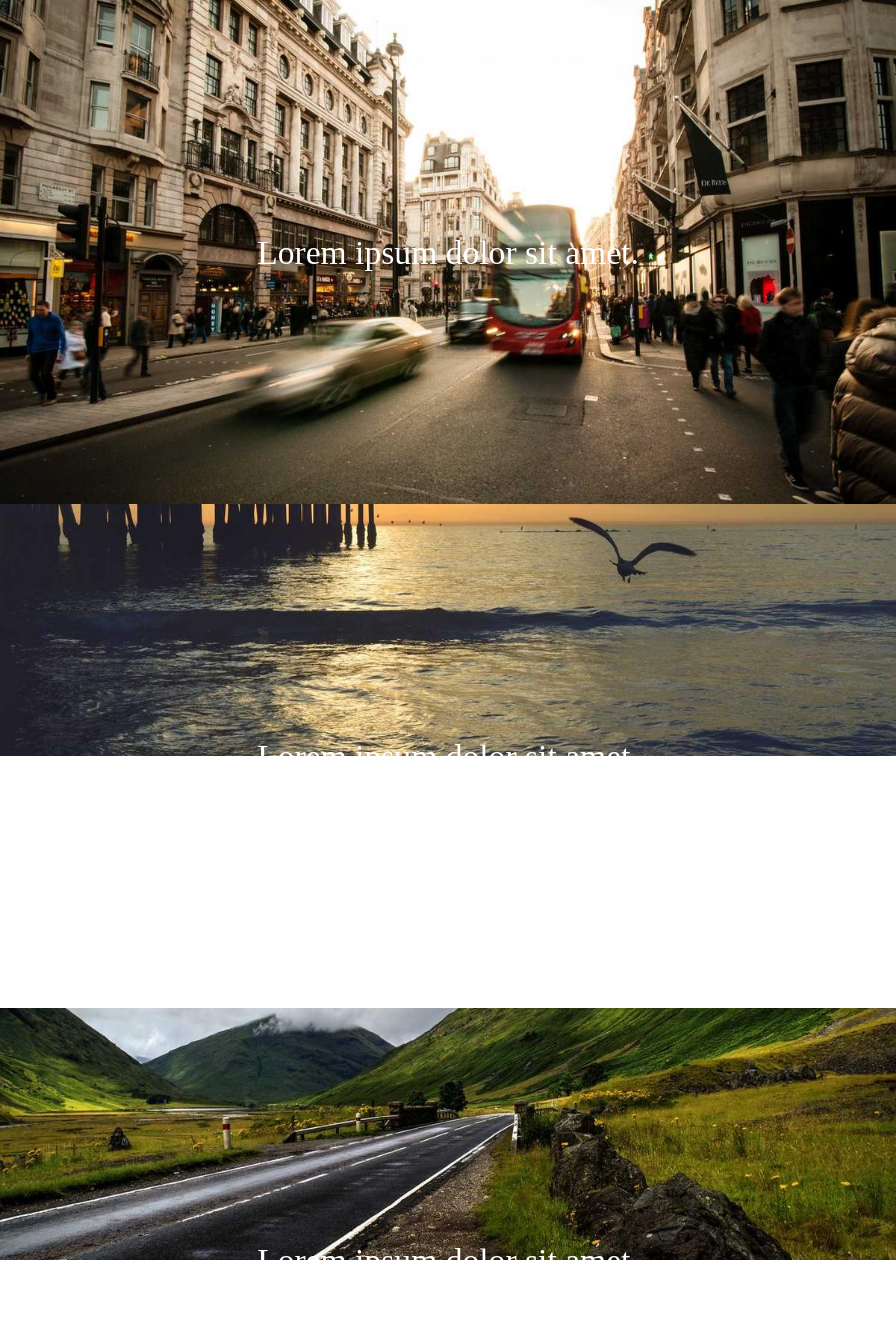
Repository: zuuo/--
Page: 视差偏移滚动/index.html
The author's editor kept a copy of each file at every save. The page is drawn from the files as they stood at one save, then again after the next save.
The browser window is 1280 px wide. The pictures show the part of the page from y = 0 to 1920 px (the page is 7200 px tall), at 70% of full size.
Some web libraries are served in a nearby version. The style sheet was rebuilt from its Sass, Less or Tailwind sources for each picture, by a compiler version that may differ from the author's.

Above is the page before, as saved 2024-02-29 21:09:28.

### 视差偏移滚动/index.html
<!DOCTYPE html>
<html lang="en">

<head>
    <meta charset="UTF-8">
    <meta name="viewport" content="width=device-width, initial-scale=1.0">
    <title>Document</title>
    <link rel="stylesheet" href="./style.css">
</head>

<body>
    <!-- <div class="title"></div> -->
    <div class="box" style="background-image: url(./img/1.jpg);">
        <p>Lorem ipsum dolor sit amet.</p>
    </div>
    <div class="box" style="background-image: url(./img/2.jpg);">
        <p>Lorem ipsum dolor sit amet.</p>
    </div>
    <div class="box" style="background-image: url(./img/3.jpg);">
        <p>Lorem ipsum dolor sit amet.</p>
    </div>
    <div class="box" style="background-image: url(./img/4.jpg);">
        <p>Lorem ipsum dolor sit amet.</p>
    </div>
    <div class="box" style="background-image: url(./img/5.jpg);">
        <p>Lorem ipsum dolor sit amet.</p>
    </div>
    <div class="box" style="background-image: url(./img/6.jpg);">
        <p>Lorem ipsum dolor sit amet.</p>
    </div>
    <div class="box" style="background-image: url(./img/7.jpg);">
        <p>Lorem ipsum dolor sit amet.</p>
    </div>
    <div class="box" style="background-image: url(./img/8.jpg);">
        <p>Lorem ipsum dolor sit amet.</p>
    </div>
    <div class="box" style="background-image: url(./img/9.jpg);">
        <p>Lorem ipsum dolor sit amet.</p>
    </div>
    <div class="box" style="background-image: url(./img/10.jpg);">
        <p>Lorem ipsum dolor sit amet.</p>
    </div>
</body>
<script src="https://cdnjs.cloudflare.com/ajax/libs/gsap/3.12.5/gsap.min.js"></script>
<script src="https://cdnjs.cloudflare.com/ajax/libs/gsap/3.12.5/ScrollTrigger.js"></script>
<script src="./index.js"></script>

</html>

### 视差偏移滚动/index.js
gsap.registerPlugin(ScrollTrigger)
var boxs = document.querySelectorAll(".box")
boxs.forEach((box) => {
    gsap.fromTo(box, {
        backgroundPositionY: `-${window.innerHeight / 2}px`,
    }, {
        backgroundPositionY: `${window.innerHeight / 2}px`,
        ease: "none",
        scrollTrigger: {
            trigger: box,
            scrub: true,
        }
    })
})

### 视差偏移滚动/style.less
/* 隐藏所有元素滚动条 */

body {
    /* IE and Edge */
    -ms-overflow-style: none;  /* IE and Edge */
    scrollbar-width: none;  /* Firefox */
}


/* 隐藏滚动条的 track */

::-webkit-scrollbar {
    display: none;
}


/* 隐藏滚动条的 thumb */

::-webkit-scrollbar-thumb {
    display: none;
}

body {
    margin: 0;
}

.title {
    height: 50vh;
    background-color: #000;
}

.box {
    width: 100vw;
    height: 100vh;
    margin: 0;
    display: flex;
    align-items: center;
    justify-content: center;
    // color: aliceblue;
    // text-shadow: 0.5px 0.5px 2px #00f, 1px 1px 2px #f00;
    font-size: 28px;
    user-select: none;
    background-repeat: no-repeat;
    background-size: 100% 100%;
    background-position-x: center;
    background-position-y: 0px;

    p {
        font-size: 48px;
        color: #fff;
    }
}

After the next save:
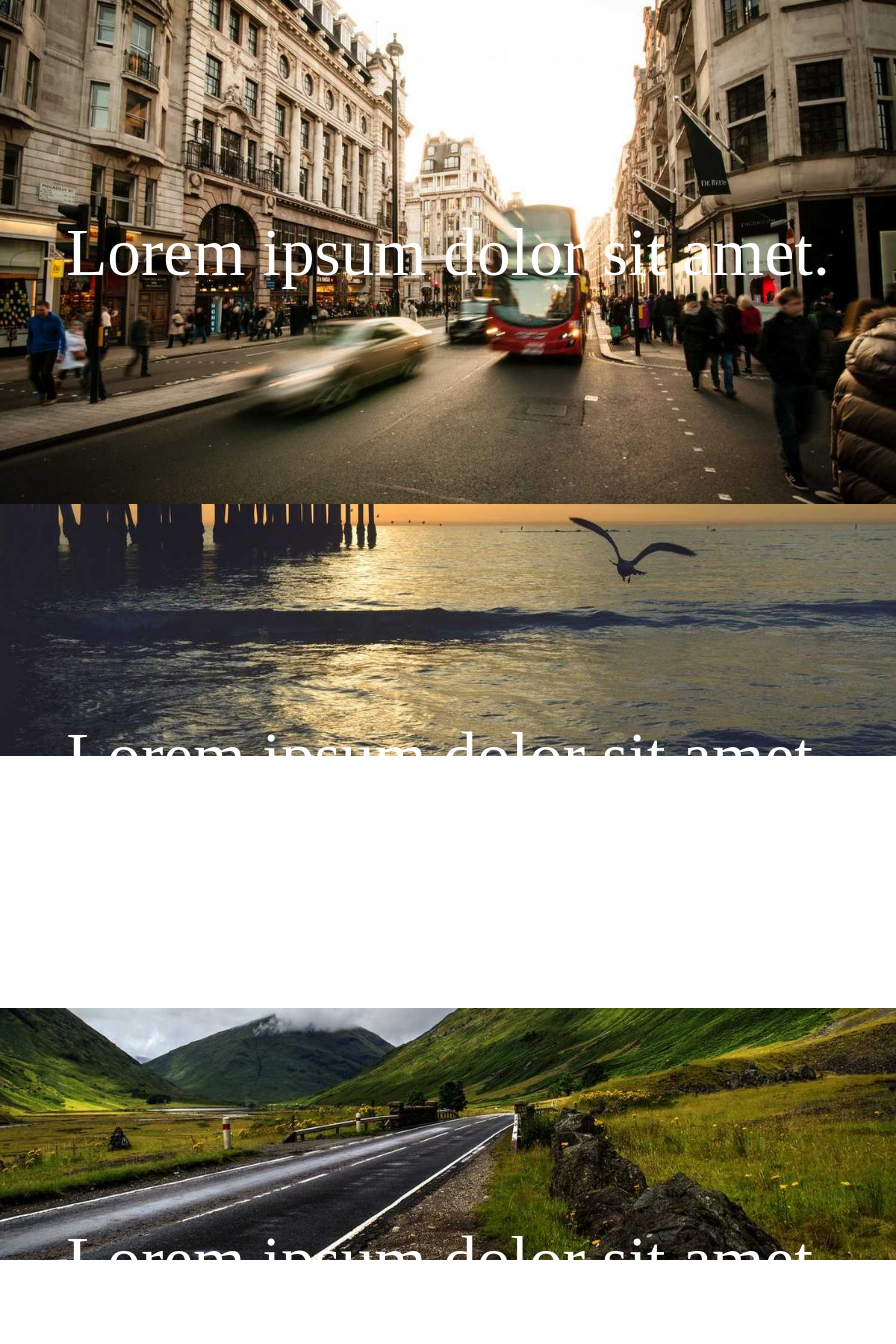
Saved 16 s later.
--- a/视差偏移滚动/style.less
+++ b/视差偏移滚动/style.less
@@ -46,7 +46,7 @@
     background-position-y: 0px;
 
     p {
-        font-size: 48px;
+        font-size: 96px;
         color: #fff;
     }
 }
